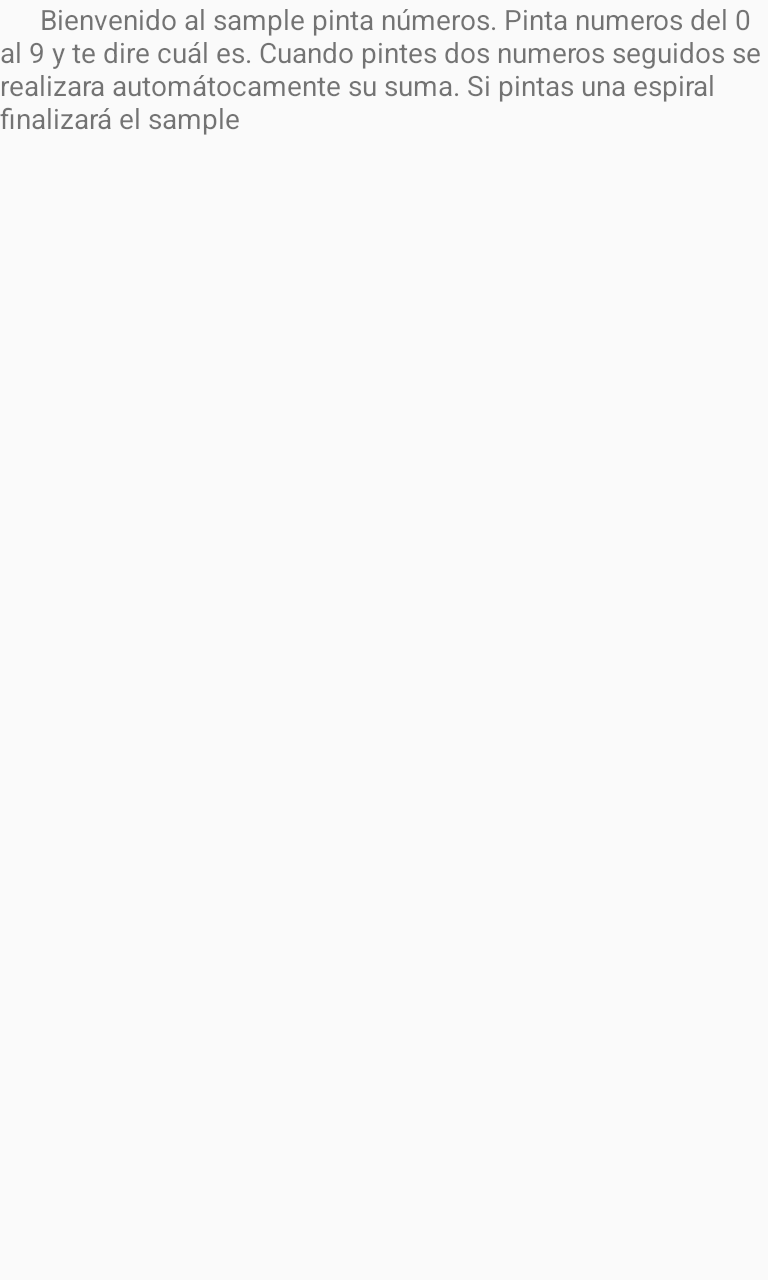
Repository: Jick9536/NPI-P3
Layout: Gesto2/res/layout/activity_main_activity2.xml
An editor plug-in stored every save of this project. The layout is shown before and after a run of saves, followed by the edit.
It is drawn on a 768 x 1280 px phone screen (xhdpi) without system bars, with theme AppTheme; the app's code is not run.

Above is the layout before, as saved 2015-01-03 19:05:24.

After the next 2 saves:
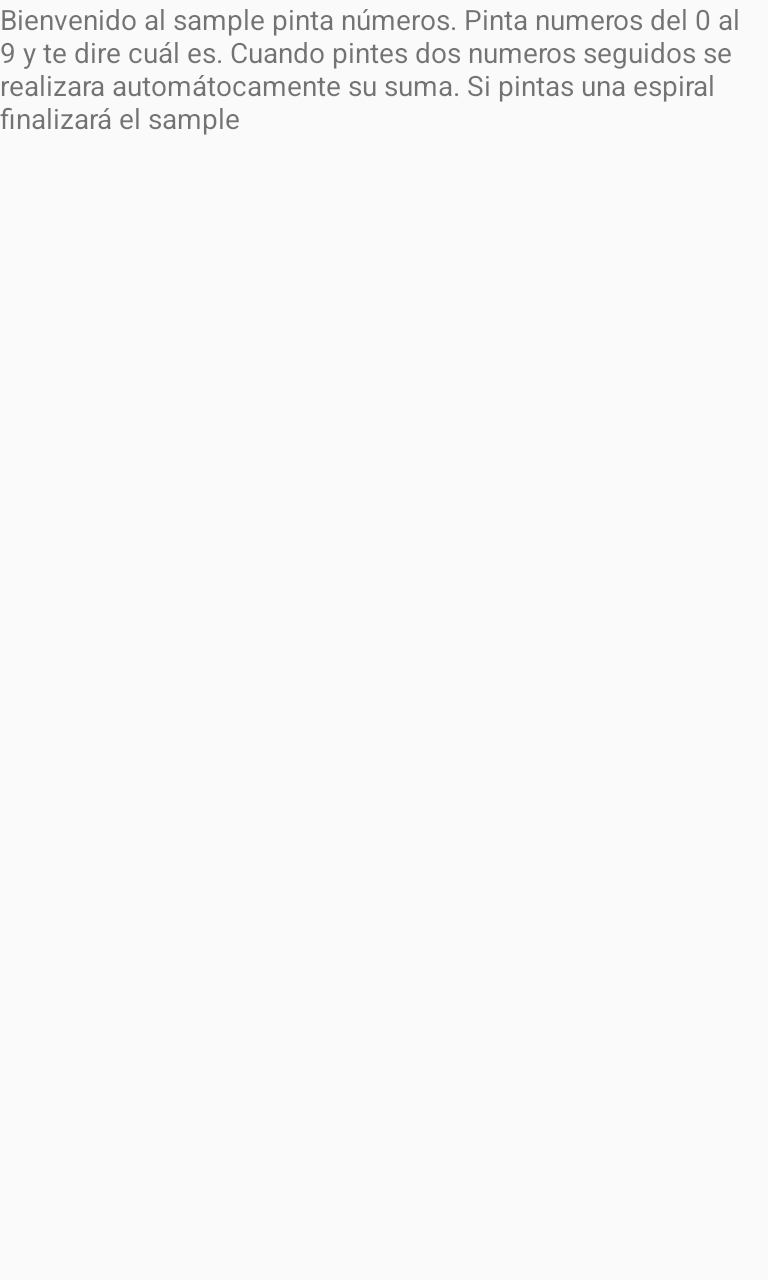
The 2 saves are shown as one change because 1 did not build or start.
The last was saved 18 min 15 s later.
--- a/Gesto2/res/layout/activity_main_activity2.xml
+++ b/Gesto2/res/layout/activity_main_activity2.xml
@@ -8,8 +8,7 @@ android:layout_height="match_parent"
 <TextView
 android:layout_width="match_parent"
 android:layout_height="match_parent"
-android:text="
-	Bienvenido al sample pinta números. Pinta numeros del 0 al 9 y te dire cuál es. Cuando pintes dos numeros seguidos se realizara automátocamente su suma. Si pintas una espiral finalizará el sample" />
+android:text="@string/info"/>
 
 <android.gesture.GestureOverlayView
 android:id="@+id/gestures"
--- a/Gesto2/res/values/strings.xml
+++ b/Gesto2/res/values/strings.xml
@@ -2,6 +2,6 @@
 <resources>
 
     <string name="app_name">Gesto2</string>
-    <string name="hello_world">Hello world!</string>
+    <string name="info">Bienvenido al sample pinta números. Pinta numeros del 0 al 9 y te dire cuál es. Cuando pintes dos numeros seguidos se realizara automátocamente su suma. Si pintas una espiral finalizará el sample</string>
 
 </resources>
